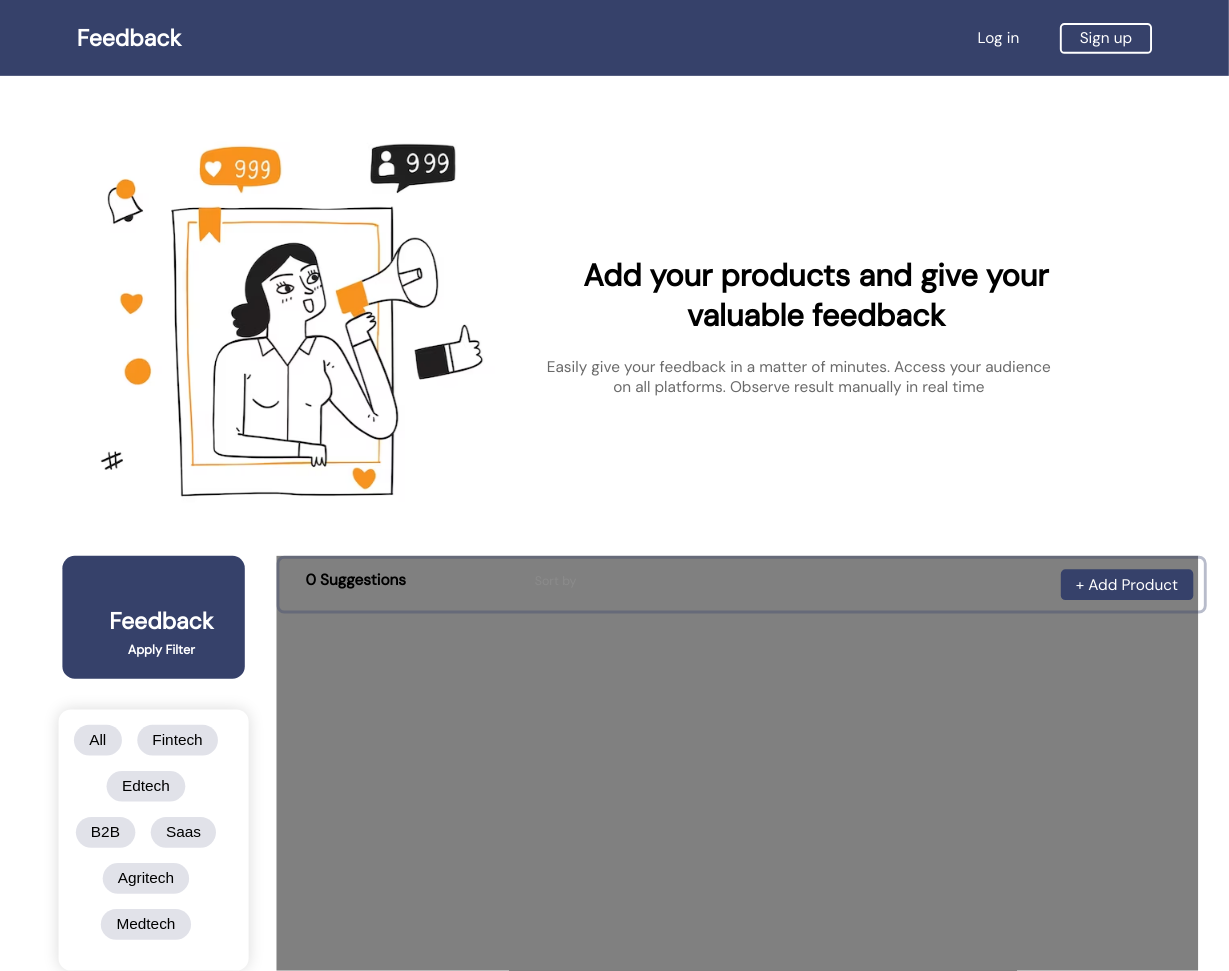
Repository: drumsmanku/final-evaluation-test
Page: / (app in client/)
An editor plug-in stored every save of this project. The page is shown before and after the next save, followed by the edit.
The browser window is 1280 px wide. The pictures show the whole page, at 96% of full size.
The page's requests for data from a server got no answer. The project was rebuilt for these pictures with package versions that can differ from the ones it lists, and the page was loaded fresh each time. No one was signed in, and anything a server would have sent is missing.

Above is the page before, as saved 2023-07-29 14:45:09.

### client/src/App.js
import './App.css';
import { BrowserRouter as Router, Route, Routes} from 'react-router-dom';
import MainPage from './Components/MainPage';
function App() {
  return (
    <div className="App">
      <Router>
        <Routes>
          <Route path='/' element={<MainPage/>}/>


        </Routes>
      </Router>
    </div>
  );
}

export default App;

### client/src/Components/MainPage.js
import React, {useState, useEffect} from 'react';
import '../CSS/MainPage.css';
import profile from'../Assets/profilepic.webp';
import img1 from '../Assets/frontphoto.png';
import axios from 'axios';

const buttonTitles=['All', 'Fintech', 'Edtech', 'B2B', 'Saas', 'Agritech', 'Medtech'];
const buttonStyles={
  padding:'0.2rem 1rem 0.2rem 1rem',
  backgroundColor:'#36416A26',
  fontSize:'medium',
  borderRadius:'1rem',
  border:'none',
  margin:'0 1rem 1rem 0',
  height:'2rem',
  textAlign:'center',
}

function MainPage() {
  const [categorySet, setCategorySet]=useState([])
  const [isLoggedIn, setIsLoggedIn]=useState(false);
  const [products, setProdcts]=useState([])
  useEffect(()=>{
    const User=localStorage.getItem('user');
    if(User){
      setIsLoggedIn(true);
    }

  }, []);
  const handleLogout=()=>{
    localStorage.removeItem('user');
    setIsLoggedIn(false);
  }
  const handleCategoryClick=(event)=>{
    const currentCat=event.target.value;
    if(!categorySet.includes(currentCat)){
      setCategorySet([...categorySet, event.target.value]);
    }
    else{
      setCategorySet(categorySet.filter(cat=>cat!=currentCat))
    }

  }

  useEffect(()=>{
    const category=categorySet
    axios.get(`http://localhost:4000/get-prods?category=${category.join(',')}`)
    .then((res)=>{setProdcts(res.data.products);console.log(res.data.products)})
    .catch(err=>console.log(err))

  }, [categorySet])

  return (
    <div className='main-container'>
      <div className="main-top-container">
        <div className='navbar' >
          <div style={{display:'flex',width:'100%', justifyContent:' space-between', alignItems:'center',}}>
          <h3 style={{marginLeft:'5rem', color:'white', fontSize:'1.5rem'}}>Feedback</h3>
          <div style={{display:'flex', marginRight:'5rem'}}>
              {isLoggedIn ? (
                <>
                  <button style={{background:'none', fontSize:'large', border:'none', fontFamily:'DM Sans', color:'white'}} onClick={handleLogout}>Logout</button>
                  <span style={{color:'white', fontFamily:'DM Sans', fontSize:'large', display:'flex', alignItems:'center', marginLeft:'1rem'}}>Hello!</span>
                  <img src={profile} alt="" height={50} width={50} style={{borderRadius:'100%', marginLeft:'1rem'}} />
                </>
              ) : (
                <>
                  <button className='btn-main-page-login' type='submit'  >Log in</button>
                  <button type='submit'  className='btn-main-page-register' >Sign up</button>
                </>
              )}
            </div>
          </div>
        </div>
        <div className="title-desc">
          <img src={img1} alt="" height={500} style={{marginLeft:'3rem'}}/>
          <div style={{display:'flex', flexDirection:'column', marginLeft:'2rem'}}>
              <h1 style={{maxWidth:'80%'}}> Add your products and give your valuable feedback</h1>
              <span style={{maxWidth:'75%', color:'#6A6A6A'}}>Easily give your feedback in a matter of minutes. Access your audience on all platforms. Observe result manually in real time</span>
          </div>
        </div>
      </div>
      <div className="main-bottom-container">
        <div className="bottom-left">
          <article style={{backgroundColor:'#36416A', width:'74%', color:'white', paddingTop:'2rem', borderRadius:'0.8rem', marginBottom:'2rem'}}>
            <h2 style={{marginBottom:'0.4rem',marginLeft:'1rem'}}>Feedback</h2>
            <h5 style={{marginTop:0, marginLeft:'1rem'}}>Apply Filter</h5>
          </article>
          <article style={{width:'65%', borderRadius:'0.8rem', padding:'1em', boxShadow:'0 0 17px #00000026',}}>
             {buttonTitles.map((title, idx)=>(
              <button value={title} onClick={handleCategoryClick} style={{...buttonStyles}} key={idx}>{title}</button>
             ))}
          </article>
        </div>
        <div className="bottom-right">
          <div className='bottom-top-right'>
            <div style={{display:'flex', width:'30%', justifyContent:'space-between',marginLeft:'1rem'}}>
              <span style={{ fontWeight:'bold', }}>{products.length} Suggestions</span>
              <span>
                <label style={{fontSize:'small', color:'#8B8B8B'}} htmlFor="sort">Sort by</label>

              </span>
            </div>
            <button className='add-product-button'>+ Add Product</button>
          </div>
          <div className="product-cards">

          </div>
        </div>
      </div>
    </div>
  )
}

export default MainPage

### client/src/CSS/MainPage.css
@import url('https://fonts.googleapis.com/css2?family=DM+Sans&display=swap');

body{
  font-family: 'DM Sans';
}
.main-container{
  height: 100vh;
  width: 100vw;
  display: flex;
  flex-direction: column;

}
.main-top-container{
  width: 100%;
}
.btn-main-page-login{
  height: 2rem;
  width: 6rem;
  font-weight: 500;
  font-size: medium ;
  background: none;
  border: none;
  border-radius: 0.3rem;
  margin-left: 1rem;
  margin-bottom:0;
  color: white;
  font-family: 'DM Sans';
  cursor: pointer;
}
.btn-main-page-register{
  height: 2rem;
  width: 6rem;
  font-size: medium;
  font-weight: 500;
  background-color: #36416A;
  border: 2px solid white;
  border-radius: 0.3rem;
  margin-left: 1rem;
  margin-bottom:0;
  color: white;
  font-family: 'DM Sans';
  cursor: pointer;
}
.navbar{
  width: 100%;
  background-color: #36416A;
}
.title-desc{
  width: 100%;
  display: flex;
  align-items: center;
  justify-content: space-around;

}
.bottom-left{
  width: 20%;
  display: flex;
  flex-direction: column;
  align-items: center;
  margin-left: 2rem;

}
.bottom-right{
  width: 75%;
  background-color: gray;
}
.main-bottom-container{
  width:100%;
  display: flex;
}
.bottom-top-right{
  width: 98%;
  display: flex;
  justify-content: space-between;
  border: 3px solid #36416A59;
  padding: 0.7rem;
  border-radius: 0.5rem;

}
.add-product-button{
  height: 2rem;
  font-size: medium;
  font-weight: 500;
  background-color: #36416A;
  border:none;
  border-radius: 0.3rem;
  margin-left: 1rem;
  margin-bottom:0;
  color: white;
  font-family: 'DM Sans';
  cursor: pointer;
  padding-left: 1em;
  padding-right: 1em;
}
.product-cards{
  width: 100%;
  display: flex;
  padding-top: 2rem;
}

Loaded but not shown: client/public/index.html (common file); client/src/index.js (common file); client/src/index.css (common file); client/src/App.css (common file)

After the next save:
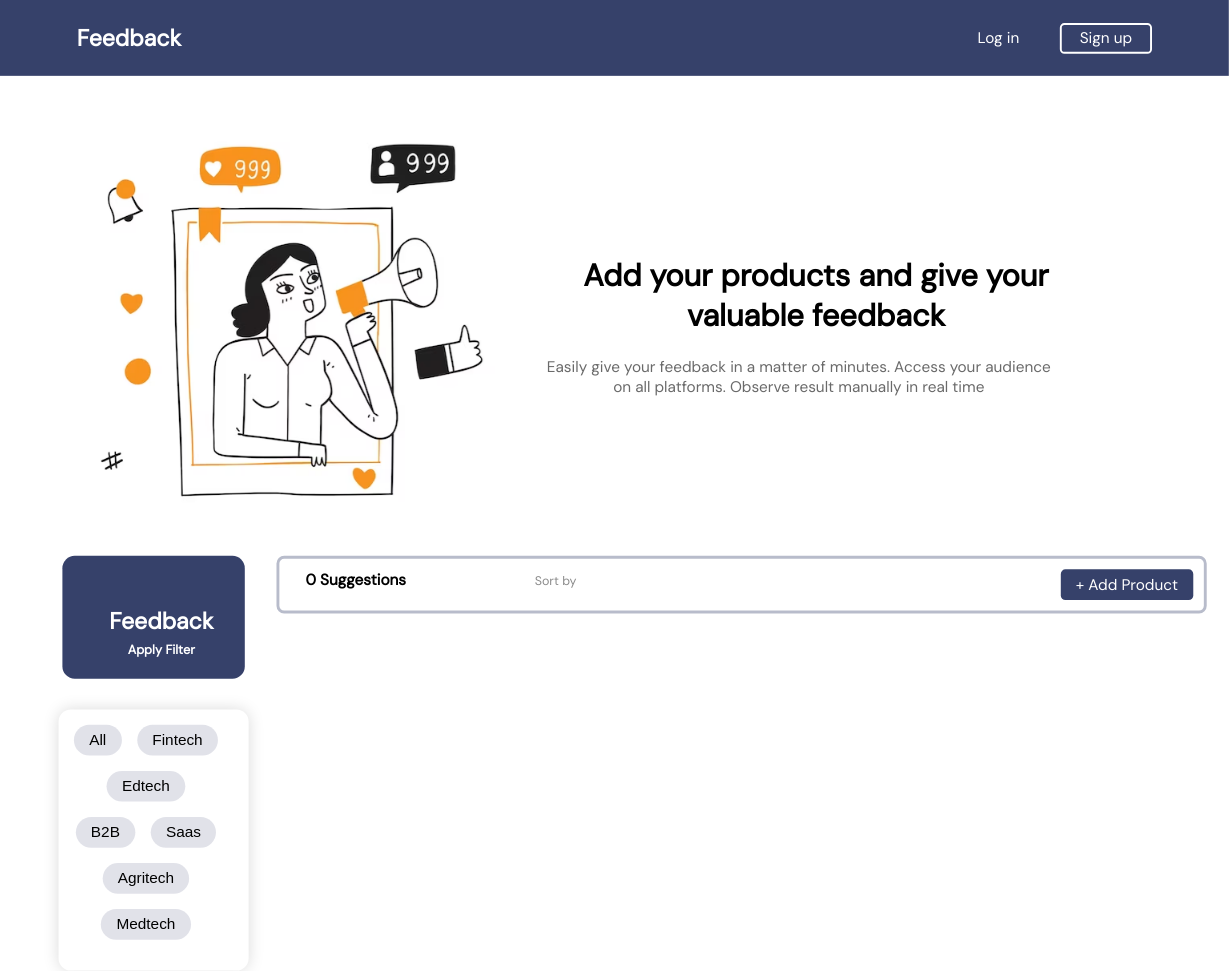
Saved 4 min 35 s later.
--- a/client/src/CSS/MainPage.css
+++ b/client/src/CSS/MainPage.css
@@ -62,7 +62,6 @@ body{
 }
 .bottom-right{
   width: 75%;
-  background-color: gray;
 }
 .main-bottom-container{
   width:100%;
